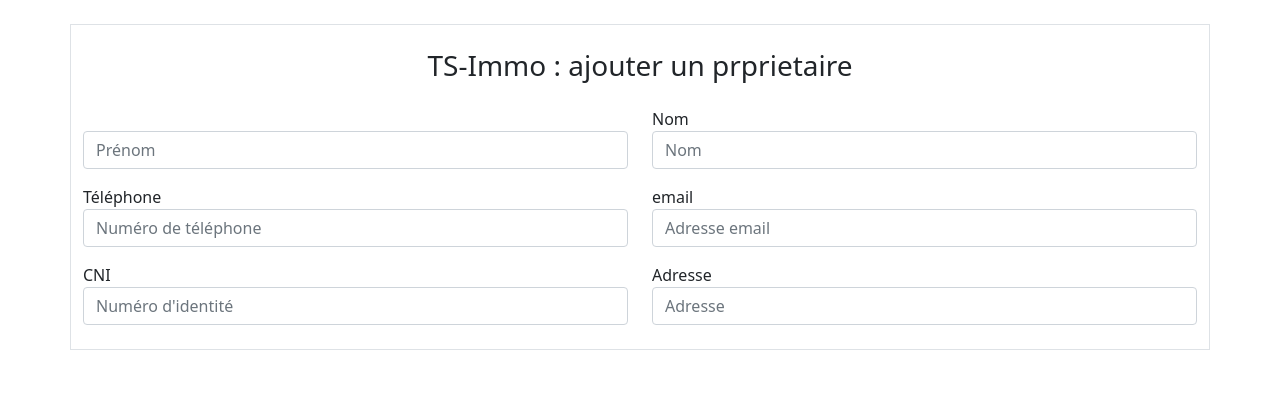
Repository: saliou-t/TS-IMMO
Page: http://localhost/src/views/proprietaire/new.html.php
The author's editor kept a copy of each file at every save. The page is drawn from the files as they stood at one save, then again after the next save.
The browser window is 1280 px wide. The pictures show the whole page.
The page is run by PHP 8.4 with error messages shown; the project is at /var/www/html/.

Above is the page before, as saved 2022-04-03 14:38:22.

### src/views/proprietaire/new.html.php
<!DOCTYPE html>
<html lang="en">
<head>
    <meta charset="UTF-8">
    <meta http-equiv="X-UA-Compatible" content="IE=edge">
    <meta name="viewport" content="width=device-width, initial-scale=1.0">
    <link href="https://cdn.jsdelivr.net/npm/bootstrap@5.1.3/dist/css/bootstrap.min.css" rel="stylesheet" integrity="sha384-1BmE4kWBq78iYhFldvKuhfTAU6auU8tT94WrHftjDbrCEXSU1oBoqyl2QvZ6jIW3" crossorigin="anonymous">
    <title>Ajouter Proprietaire</title>

</head>
<body>

<div class="container jumbotron">
    <div class="row border py-4 my-4">
        <h3 class="text-center ">TS-Immo : ajouter un prprietaire</h3>
        <form action="" methode="POST">
            <div class="row my-3">
                <div class="col">
                    <label for="Prénom"></label>
                    <input class="form-control" name ="prenom" type="text" placeholder="Prénom">
                </div>
                <div class="col">
                    <label for="nom">Nom</label>
                    <input class="form-control" name="nom" type="text" placeholder="Nom">
                </div>
            </div>
            <div class="row my-3">
                <div class="col">
                    <label for="telephone">Téléphone</label>
                    <input class="form-control" name="telephone" type="text" placeholder="Numéro de téléphone">
                </div>
                <div class="col">
                    <label for="email">email</label>
                    <input class="form-control" name="email" type="text" placeholder="Adresse email">
                </div>
            </div>
            <div class="row">
                <div class="col">
                    <label for="cni">CNI</label>
                    <input class="form-control" name="CNI" type="text" placeholder="Numéro d'identité">
                </div>
                <div class="col">
                    <label for="adresse">Adresse</label>
                    <input class="form-control" name="adresse" type="text" placeholder="Adresse">
                </div>
            </div>
            <div class="row">
                <div class="col">

                </div>
            </div>
        </form>
    </div>
</div>
</body>
</html>

After the next save:
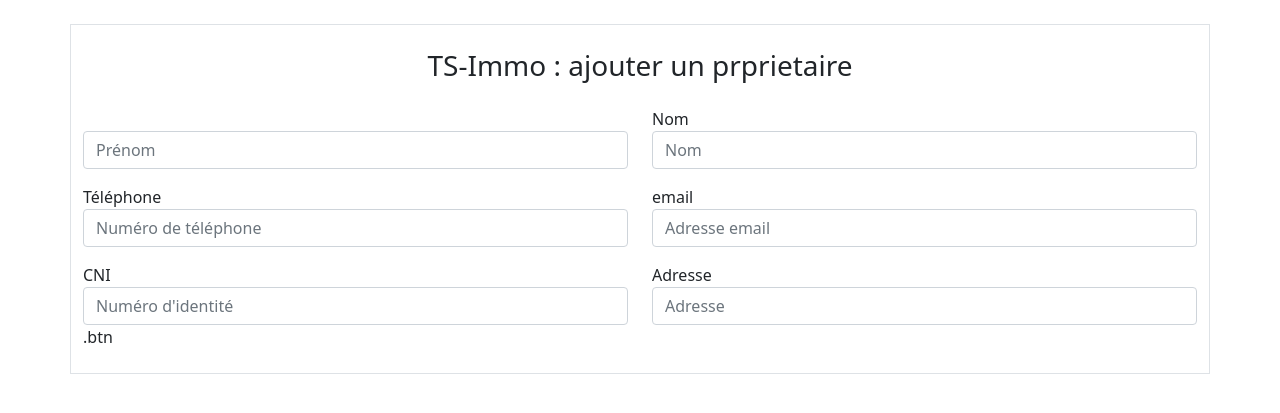
Saved 10 s later.
--- a/src/views/proprietaire/new.html.php
+++ b/src/views/proprietaire/new.html.php
@@ -46,7 +46,7 @@
             </div>
             <div class="row">
                 <div class="col">
-
+                    .btn
                 </div>
             </div>
         </form>
